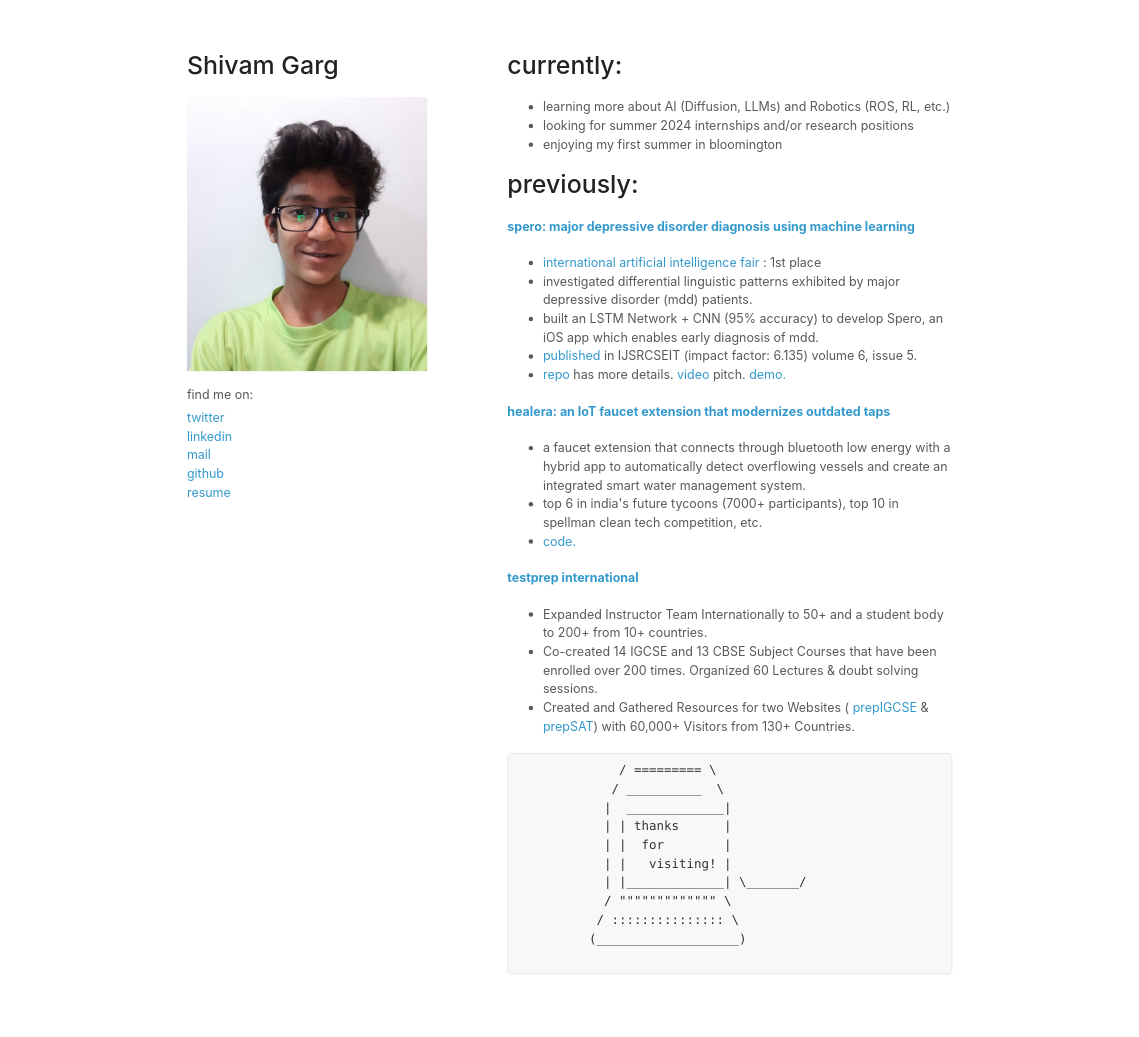
Repository: 22shivam/22shivam.github.io
Page: index.html
The author's editor kept a copy of each file at every save. The page is drawn from the files as they stood at one save, then again after the next save.
The browser window is 1280 px wide. The pictures show the whole page, at 89% of full size.

Above is the page before, as saved 2024-06-17 19:08:20.

After the next save:
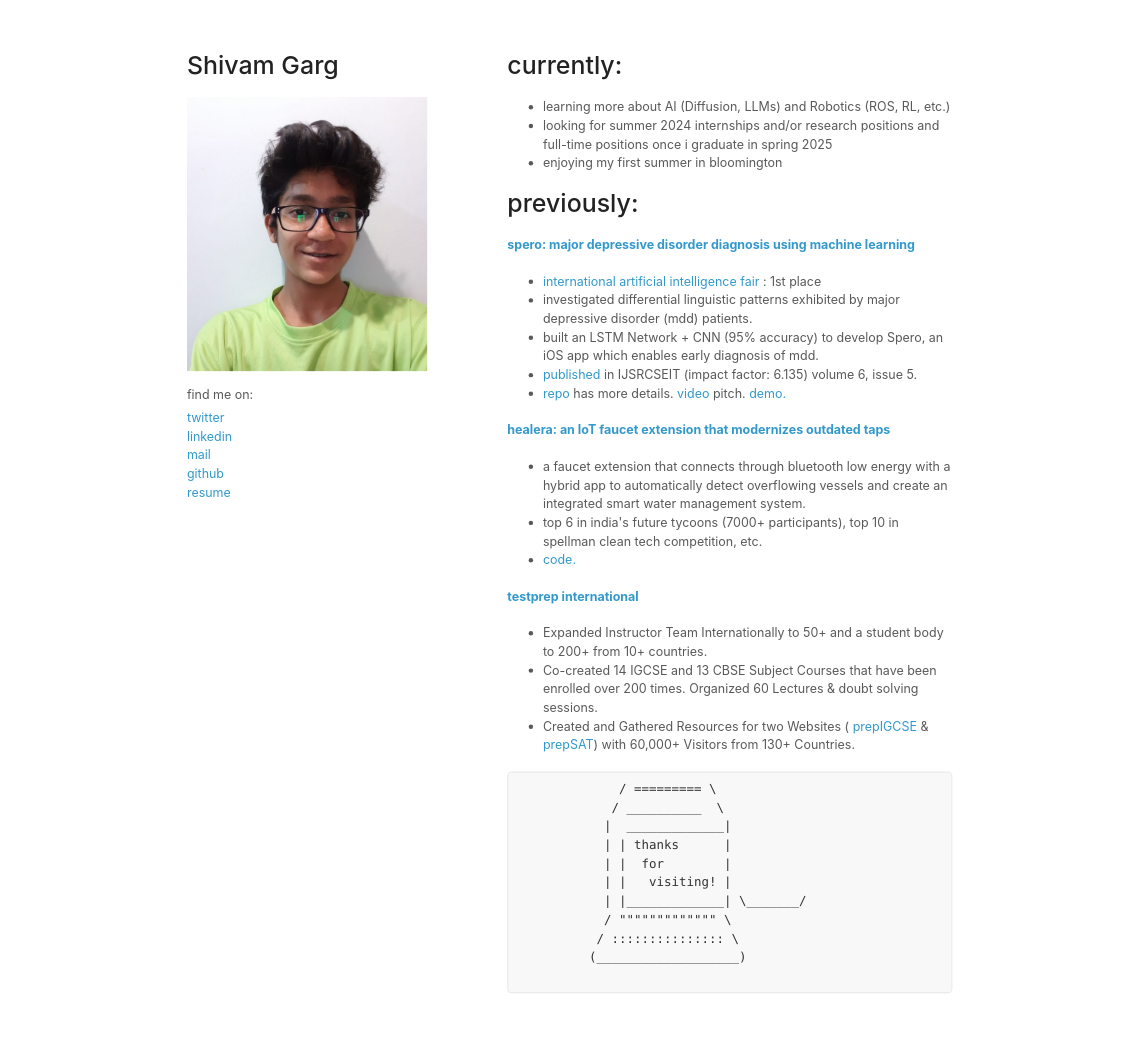
Saved 2 min 49 s later.
--- a/index.html
+++ b/index.html
@@ -46,7 +46,8 @@
 
       <ul>
         <li>learning more about AI (Diffusion, LLMs) and Robotics (ROS, RL, etc.)</li>
-        <li>looking for summer 2024 internships and/or research positions</li>
+        <li>looking for summer 2024 internships and/or research positions and full-time positions once i graduate in
+          spring 2025</li>
         <li>enjoying my first summer in bloomington</li>
       </ul>
 
